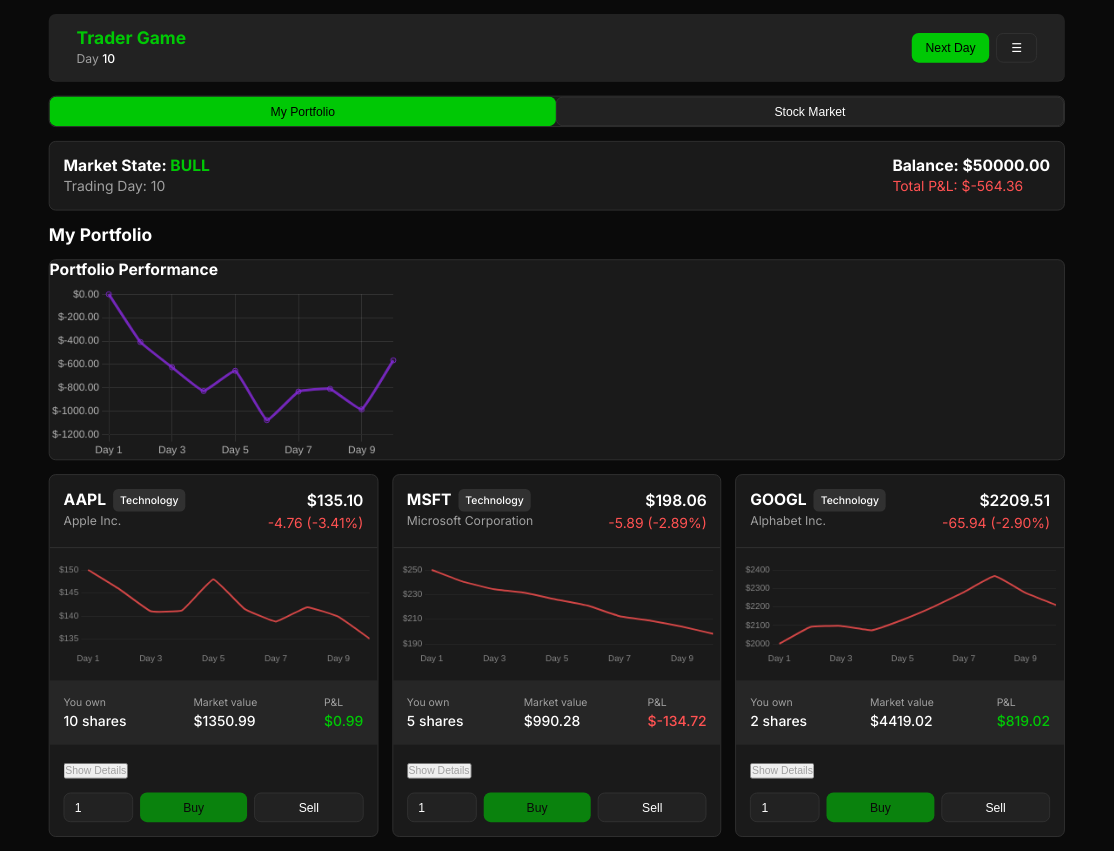
Repository: jp-valino/tradergame
Page: / (app in web-ui/)
These files come from the project's save history. The page is drawn as it stood at one moment and after the next save; the edit follows.
The browser window is 1280 px wide. The pictures show the whole page, at 87% of full size.
Some web fonts or font styles are not loaded; a fallback is used. The project was rebuilt for these pictures with package versions that can differ from the ones it lists, and the page was loaded fresh each time. Also part of the build but not shown: web-ui/src/components/StockMarket.tsx.

Above is the page before, as saved 2025-03-14 19:58:50.

After the next save:
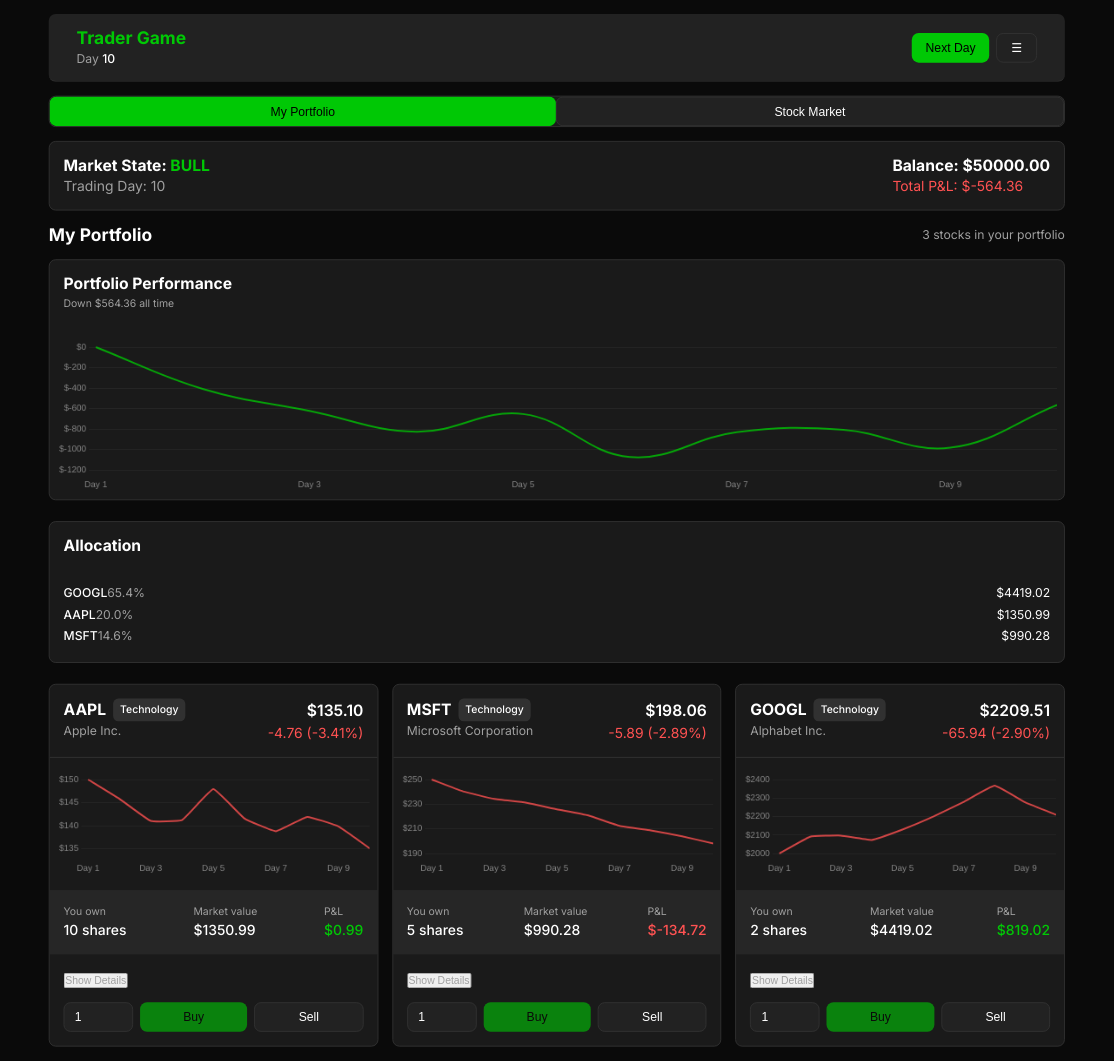
Saved 35 s later.
--- a/web-ui/src/components/Portfolio.tsx
+++ b/web-ui/src/components/Portfolio.tsx
@@ -40,38 +40,55 @@
       {
         label: 'Portfolio P&L',
         data: pnlHistory,
-        borderColor: 'rgba(138, 43, 226, 0.8)',
-        backgroundColor: 'rgba(138, 43, 226, 0.1)',
-        tension: 0.1,
+        borderColor: 'rgba(0, 200, 5, 0.8)',
+        backgroundColor: 'rgba(0, 200, 5, 0.1)',
+        tension: 0.4,
+        borderWidth: 2,
+        pointRadius: 0,
+        pointHoverRadius: 4,
+        fill: true,
       },
     ],
   };
 
   const chartOptions: ChartOptions<'line'> = {
     responsive: true,
+    maintainAspectRatio: false,
     scales: {
       y: {
         type: 'linear',
         ticks: {
-          color: '#b3b3b3',
+          color: 'rgba(160, 160, 160, 0.8)',
+          font: {
+            size: 10,
+          },
           callback: function(tickValue: number | string) {
-            return `$${Number(tickValue).toFixed(2)}`;
+            return `$${Number(tickValue).toFixed(0)}`;
           },
         },
         grid: {
-          color: 'rgba(255, 255, 255, 0.1)',
-        },
+          color: 'rgba(255, 255, 255, 0.05)',
+        },
+        border: {
+          display: false,
+        }
       },
       x: {
         ticks: {
-          color: '#b3b3b3',
+          color: 'rgba(160, 160, 160, 0.8)',
           maxRotation: 0,
           autoSkip: true,
-          maxTicksLimit: 10,
+          maxTicksLimit: 5,
+          font: {
+            size: 10,
+          }
         },
         grid: {
-          color: 'rgba(255, 255, 255, 0.1)',
-        },
+          display: false,
+        },
+        border: {
+          display: false,
+        }
       },
     },
     plugins: {
@@ -79,11 +96,14 @@
         display: false,
       },
       tooltip: {
-        backgroundColor: '#2d2d2d',
+        backgroundColor: 'rgba(26, 26, 26, 0.9)',
         titleColor: '#ffffff',
         bodyColor: '#ffffff',
-        borderColor: '#8a2be2',
+        borderColor: 'rgba(0, 200, 5, 0.8)',
         borderWidth: 1,
+        padding: 10,
+        cornerRadius: 4,
+        displayColors: false,
         callbacks: {
           label: function(context: any) {
             return `$${context.raw.toFixed(2)}`;
@@ -91,24 +111,90 @@
         },
       },
     },
+    interaction: {
+      mode: 'index',
+      intersect: false,
+    },
   };
+
+  // Calculate total portfolio value
+  const totalValue = stocks.reduce((sum, stock) => sum + (stock.currentPrice * stock.quantity), 0);
+
+  // Calculate allocation percentages
+  const stocksWithAllocation = stocks.map(stock => ({
+    ...stock,
+    allocation: (stock.currentPrice * stock.quantity) / totalValue * 100
+  }));
+
+  // Sort by allocation (highest first)
+  const sortedStocks = [...stocksWithAllocation].sort((a, b) =>
+    (b.currentPrice * b.quantity) - (a.currentPrice * a.quantity)
+  );
 
   return (
     <div>
-      <h2 className="text-xl font-bold mb-4">My Portfolio</h2>
+      <div className="flex justify-between items-center mb-4">
+        <h2 className="text-xl font-bold">My Portfolio</h2>
+        {stocks.length > 0 && (
+          <div className="text-secondary text-sm">
+            {stocks.length} stock{stocks.length !== 1 ? 's' : ''} in your portfolio
+          </div>
+        )}
+      </div>
 
       {pnlHistory.length > 0 && (
-        <div className="card mb-4">
-          <h3 className="text-lg font-bold mb-2">Portfolio Performance</h3>
-          <div style={{ height: '200px' }}>
+        <div className="card mb-6 overflow-hidden">
+          <div className="p-4 border-b border-color-border">
+            <h3 className="text-lg font-bold mb-1">Portfolio Performance</h3>
+            <p className="text-secondary text-xs">
+              {pnlHistory[pnlHistory.length - 1] >= 0 ? 'Up' : 'Down'} ${Math.abs(pnlHistory[pnlHistory.length - 1]).toFixed(2)} all time
+            </p>
+          </div>
+          <div style={{ height: '200px', padding: '16px 8px 8px 8px' }}>
             <Line data={chartData} options={chartOptions} />
           </div>
         </div>
       )}
 
+      {stocks.length > 0 && (
+        <div className="card mb-6 overflow-hidden">
+          <div className="p-4 border-b border-color-border">
+            <h3 className="text-lg font-bold">Allocation</h3>
+          </div>
+          <div className="p-4">
+            {sortedStocks.map(stock => (
+              <div key={`allocation-${stock.symbol}`} className="mb-3 last:mb-0">
+                <div className="flex justify-between text-sm mb-1">
+                  <div className="flex items-center">
+                    <span className="font-medium">{stock.symbol}</span>
+                    <span className="text-secondary ml-2">{stock.allocation.toFixed(1)}%</span>
+                  </div>
+                  <span>${(stock.currentPrice * stock.quantity).toFixed(2)}</span>
+                </div>
+                <div className="bg-tertiary rounded-full h-2 w-full overflow-hidden">
+                  <div
+                    className="bg-accent h-full rounded-full"
+                    style={{ width: `${stock.allocation}%` }}
+                  ></div>
+                </div>
+              </div>
+            ))}
+          </div>
+        </div>
+      )}
+
       {stocks.length === 0 ? (
-        <div className="card text-center p-4">
-          <p className="text-secondary">You don't own any stocks yet.</p>
+        <div className="card text-center p-8">
+          <div className="mb-4">
+            <svg width="64" height="64" viewBox="0 0 24 24" fill="none" xmlns="http://www.w3.org/2000/svg" className="mx-auto mb-4">
+              <path d="M12 22C17.5228 22 22 17.5228 22 12C22 6.47715 17.5228 2 12 2C6.47715 2 2 6.47715 2 12C2 17.5228 6.47715 22 12 22Z" stroke="rgba(160, 160, 160, 0.5)" strokeWidth="2" strokeLinecap="round" strokeLinejoin="round"/>
+              <path d="M8 14C8 14 9.5 16 12 16C14.5 16 16 14 16 14" stroke="rgba(160, 160, 160, 0.5)" strokeWidth="2" strokeLinecap="round" strokeLinejoin="round"/>
+              <path d="M9 9H9.01" stroke="rgba(160, 160, 160, 0.5)" strokeWidth="2" strokeLinecap="round" strokeLinejoin="round"/>
+              <path d="M15 9H15.01" stroke="rgba(160, 160, 160, 0.5)" strokeWidth="2" strokeLinecap="round" strokeLinejoin="round"/>
+            </svg>
+          </div>
+          <h3 className="text-lg font-bold mb-2">Your portfolio is empty</h3>
+          <p className="text-secondary mb-4">You don't own any stocks yet.</p>
           <p className="text-secondary">Start trading to build your portfolio!</p>
         </div>
       ) : (
